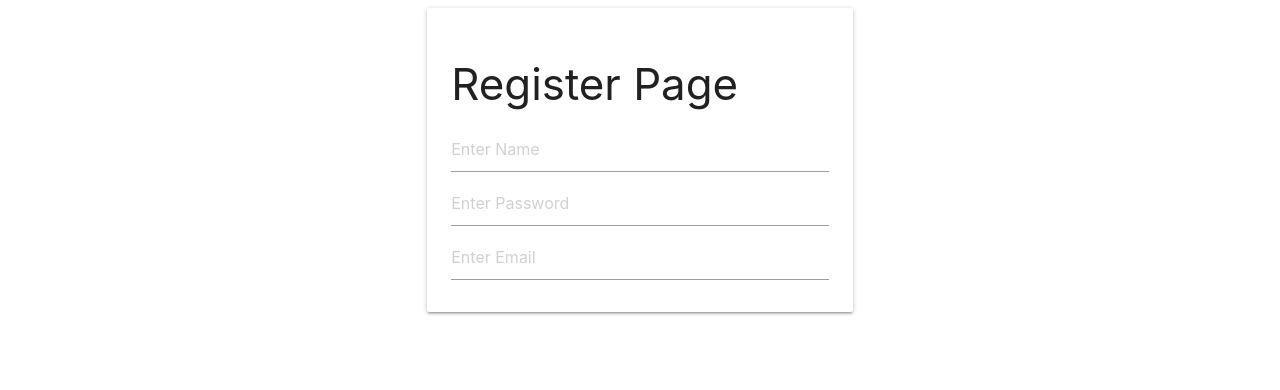
Repository: nin19/advance_java
Page: http://localhost/register-module/
An editor plug-in stored every save of this project. The page is shown before and after the next save, followed by the edit.
The browser window is 1280 px wide. The pictures show the whole page.
The page is served by Tomcat 9. Other server files are loaded and not shown.

Above is the page before, as saved 2024-10-17 13:41:22.

### servlet/register-module/src/main/webapp/signup.jsp
<%@ page language="java" contentType="text/html; charset=ISO-8859-1"
    pageEncoding="ISO-8859-1"%>
<!DOCTYPE html>
<html>
<head>
<meta charset="ISO-8859-1">
<title>SignUpPage</title>
 <!-- Compiled and minified CSS -->
    <link rel="stylesheet" href="https://cdnjs.cloudflare.com/ajax/libs/materialize/1.0.0/css/materialize.min.css">

    <!-- Compiled and minified JavaScript -->
    <script src="https://cdnjs.cloudflare.com/ajax/libs/materialize/1.0.0/js/materialize.min.js"></script>

</head>
<body>
	<div class="container">
		<div class="row">
			<div class="col m6 offset-m3">
				<div class="card">
					<div class="card-content">
						<h3>Register Page</h3>

						<div class="form">
							<form action="Register" method="post">
								<input type="text" name="user_name" placeholder="Enter Name"/>
								<input type="password" name="user_password" placeholder="Enter Password"/>
								<input type="password" name="user_email" placeholder="Enter Email"/>
							</form>
						</div>
						<div class="loader">

						</div>
					</div>
				</div>
			</div>
		</div>
	</div>
</body>
</html>

After the next save:
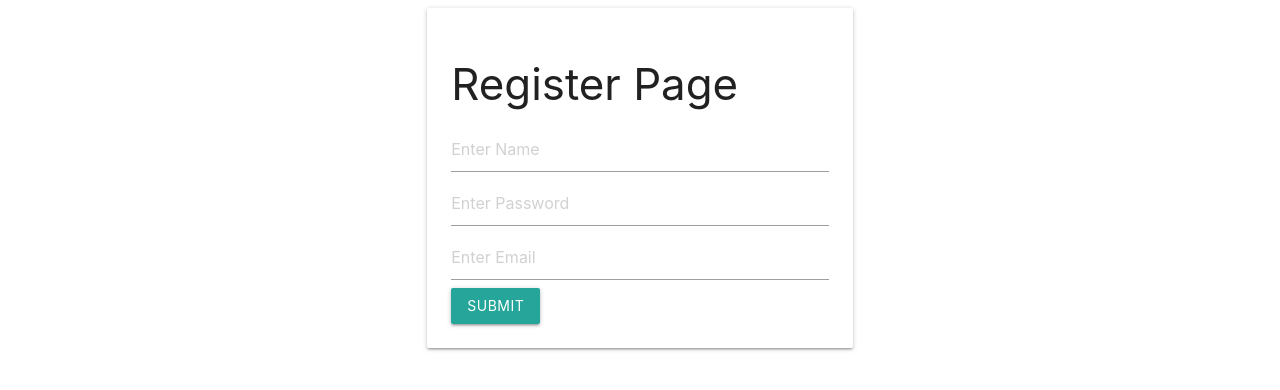
Saved 52 s later.
--- a/servlet/register-module/src/main/webapp/signup.jsp
+++ b/servlet/register-module/src/main/webapp/signup.jsp
@@ -25,6 +25,8 @@
 								<input type="text" name="user_name" placeholder="Enter Name"/>
 								<input type="password" name="user_password" placeholder="Enter Password"/>
 								<input type="password" name="user_email" placeholder="Enter Email"/>
+
+								<button type="submit" class="btn">Submit</button>
 							</form>
 						</div>
 						<div class="loader">
